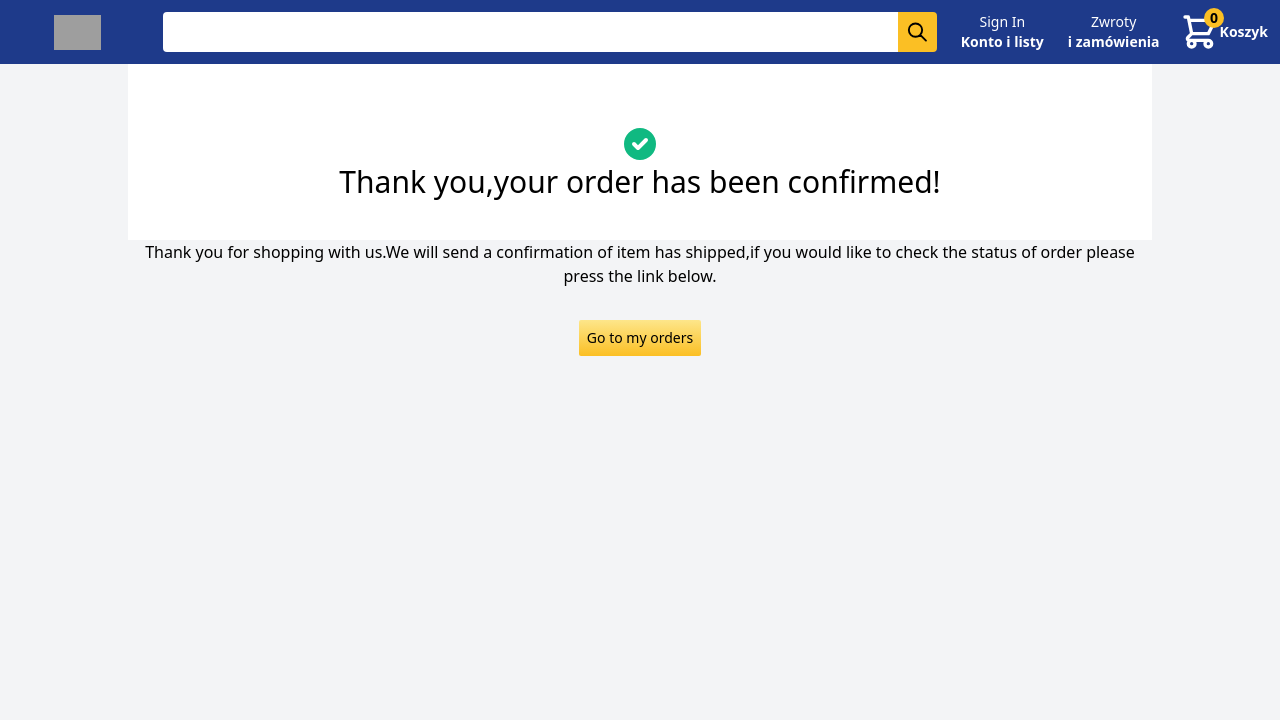
Repository: neridanek/amazon-clone-nextjs-redux-tailwind
Page: /success
The author's editor kept a copy of each file at every save. The page is drawn from the files as they stood at one save, then again after the next save.
The browser window is 1280 px wide. The pictures show the whole page.
Pictures or frames that could not be fetched are drawn as grey boxes. The page's requests for data from a server got no answer. The project was rebuilt for these pictures with package versions that can differ from the ones it lists, and the page was loaded fresh each time. The framework's server and built-in components were replaced by stand-ins that run in the browser. No one was signed in, and anything a server would have sent is missing. Also part of the build but not shown: next.config.js.

Above is the page before, as saved 2022-02-13 21:37:53.

### pages/success.js
import React from 'react';
import { useRouter } from 'next/router';
import Header from '../src/components/Header';
import { CheckCircleIcon } from '@heroicons/react/solid';
const success = () => {
  const router = useRouter();
  return (
    <div className="bg-gray-100 h-screen text-center">
      <Header />
      <main className="max-w-screen-lg mx-auto">
        <div className="flex flex-col p-10 bg-white">
          <div className="flex items-center space-x-2 mb-5"></div>
          <CheckCircleIcon className="text-green-500 h-10" />
          <h1 className="text-3xl">Thank you,your order has been confirmed!</h1>
        </div>
        <p className="w-30">
          Thank you for shopping with us.We will send a confirmation of item has
          shipped,if you would like to check the status of order please press
          the link below.
        </p>
        <button onClick={() => router.push('/orders')} className="button mt-8">
          Go to my orders
        </button>
      </main>
    </div>
  );
};

export default success;

### styles/globals.css
@tailwind base;
@tailwind components;
@tailwind utilities;

-webkit-scrollbar {
  display: none;
}
@layer components {
  .link {
    @apply cursor-pointer hover:underline;
  }
  .button {
    @apply p-2 text-xs md:text-sm bg-gradient-to-b from-yellow-200 to-yellow-400 border-yellow-300 rounded-sm
    hover:bg-yellow-400 hover:border-yellow-500;
  }
}

### redux/store.js
import {configureStore} from "@reduxjs/toolkit"
import basketReducer from '../redux/basketSlice';

export const store = configureStore({
    reducer:{
        basket:basketReducer,
    }
})

### src/components/Header.js
import React from 'react';
import Image from 'next/image';
import { SearchIcon, ShoppingCartIcon } from '@heroicons/react/outline';
import { signIn, signOut, useSession } from 'next-auth/client';
import { useRouter } from 'next/router';
import { useSelector } from 'react-redux';
import { selectItems } from '../../redux/basketSlice';

const Header = () => {
  const [session] = useSession();
  const router = useRouter();
  const items = useSelector(selectItems);

  return (
    <div className="flex items-center bg-blue-900 py-3 text-white text-sm ">
      <Image
        onClick={() => router.push('/')}
        src="https://links.papareact.com/f90"
        width={155}
        height={35}
        objectFit="contain"
        className="cursor-pointer"
      />
      <div className="flex flex-1 items-center px-10 sm:px-2">
        <input type="text" className="rounded-l h-10 w-full  text-black" />
        <SearchIcon className="text-black bg-yellow-400 rounded-r p-2 h-10" />
      </div>
      <div onClick={!session ? signIn : signOut} className="link px-5 sm:px-4 ">
        <h1>{session ? `Hello,${session.user.name}` : 'Sign In'}</h1>
        <p className="font-bold">Konto i listy</p>
      </div>
      <div onClick={() => router.push('/orders')} className="link px-5 sm:px-2">
        <h1>Zwroty</h1>
        <p className="font-bold">i zamówienia</p>
      </div>
      <div
        onClick={() => router.push('/checkout')}
        className="flex items-center px-5 sm:px-3"
      >
        <span className="absolute top-0 right-14 bg-yellow-400 h-5 w-5 text-center rounded-full text-black font-bold sm:top-2">
          {items.length}
        </span>
        <ShoppingCartIcon className="h-10" />
        <p className="link font-bold">Koszyk</p>
      </div>
    </div>
  );
};

export default Header;

### redux/basketSlice.js
import { createSlice } from '@reduxjs/toolkit'

const initialState = {
    items:[],
}

const basketSlice = createSlice({
    name: "basket",
    initialState,
    reducers: {
        removeFromBasket:(state,action)=>{
            const index = state.items.findIndex((basketItem)=>basketItem.id == action.payload.id)
            let newBasket = [...state.items]
            if (index >= 0 ){
                newBasket.splice(index,1)
            }else{
                console.warn("not in basket")
            }
            state.items = newBasket;
        },
        addToBasket:(state,action)=>{
            state.items = [...state.items,action.payload];
        },
    }
});

export const {addToBasket,removeFromBasket} = basketSlice.actions
export const selectItems = (state) => state.basket.items
export const selectTotal = (state) => state.basket.items.reduce((total,item)=>total + item.price,0)
export default basketSlice.reducer

### tailwind.config.js
module.exports = {
  content: [
    './pages/**/*.{js,ts,jsx,tsx}',
    './src/components/**/*.{js,ts,jsx,tsx}',
  ],
};

Loaded but not shown: pages/_app.js (common file)

After the next save:
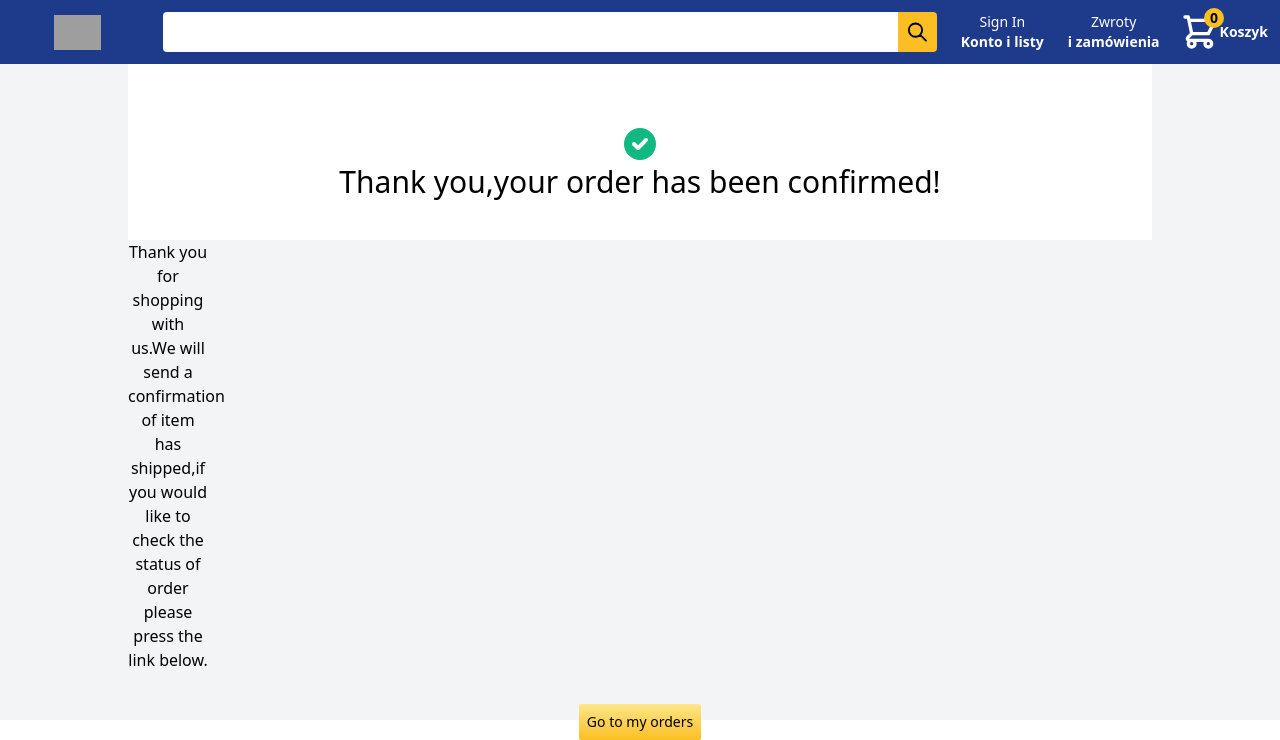
Saved 10 s later.
--- a/pages/success.js
+++ b/pages/success.js
@@ -13,7 +13,7 @@
           <CheckCircleIcon className="text-green-500 h-10" />
           <h1 className="text-3xl">Thank you,your order has been confirmed!</h1>
         </div>
-        <p className="w-30">
+        <p className="w-20">
           Thank you for shopping with us.We will send a confirmation of item has
           shipped,if you would like to check the status of order please press
           the link below.

After the save that followed:
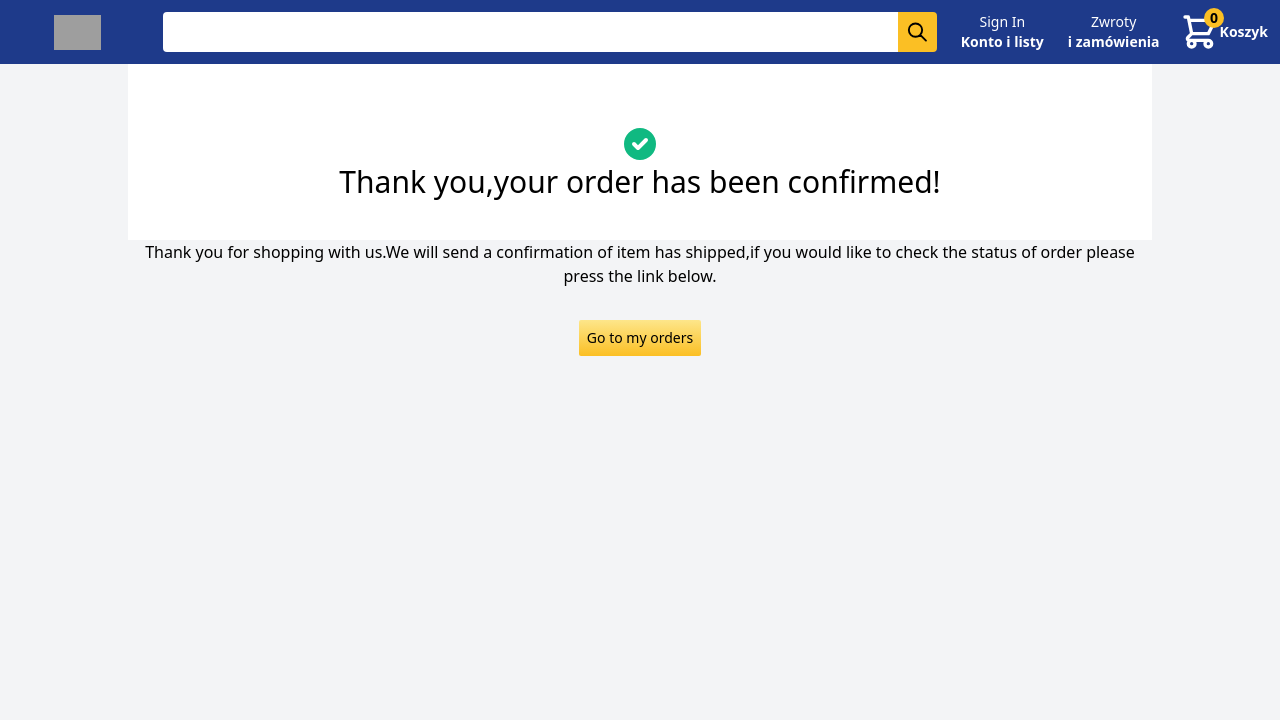
Saved 12 s later.
--- a/pages/success.js
+++ b/pages/success.js
@@ -13,7 +13,7 @@
           <CheckCircleIcon className="text-green-500 h-10" />
           <h1 className="text-3xl">Thank you,your order has been confirmed!</h1>
         </div>
-        <p className="w-20">
+        <p className="w-25">
           Thank you for shopping with us.We will send a confirmation of item has
           shipped,if you would like to check the status of order please press
           the link below.
